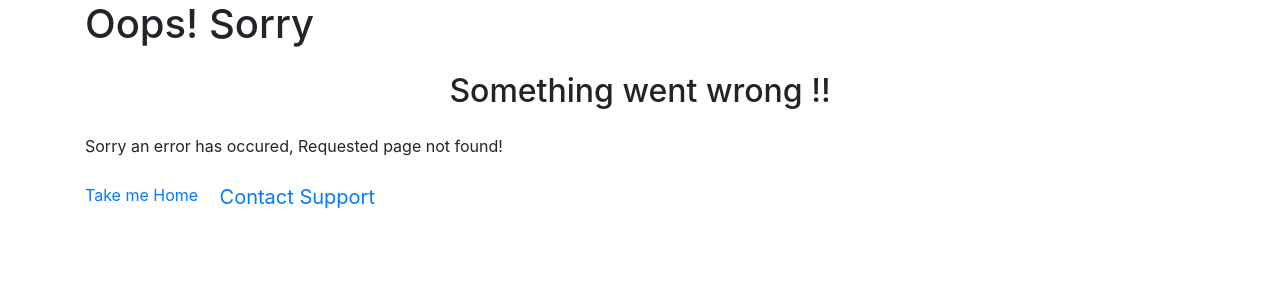
Repository: GovindParve/spring_mvc_maven_search_project
Page: http://localhost/springmvcsearch/WEB-INF/views/null_page.jsp
An editor plug-in stored every save of this project. The page is shown before and after the next save, followed by the edit.
The browser window is 1280 px wide. The pictures show the whole page.
Some web libraries are served in a nearby version. The page is served by Tomcat 9. Nobody is signed in. The template is opened directly, without the code that normally fills it, so the values that code supplies are empty.

Above is the page before, as saved 2023-06-18 18:01:41.

After the next save:
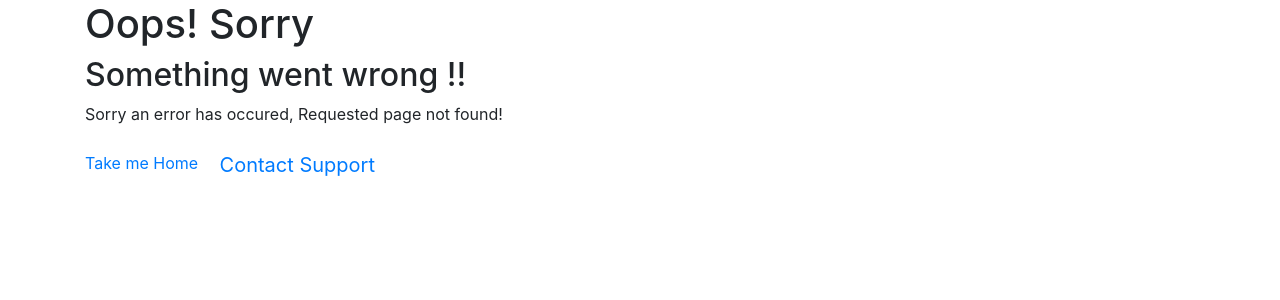
Saved 13 s later.
--- a/springmvcsearch/src/main/webapp/WEB-INF/views/null_page.jsp
+++ b/springmvcsearch/src/main/webapp/WEB-INF/views/null_page.jsp
@@ -30,8 +30,8 @@
 <body>
 <%--   	<img alt="my image" src="<c:url value="/resources/image/tiger1.jpg" />"> --%>
     <div class="container class="text-center m-4">
-    	<h1 ">Oops! Sorry</h1>
-    	<h2 class="text-center m-4">Something went wrong !!</h2>
+    	<h1>Oops! Sorry</h1>
+    	<h2>Something went wrong !!</h2>
     	<div class="error-details">
     		Sorry an error has occured, Requested page not found!
     	</div>
